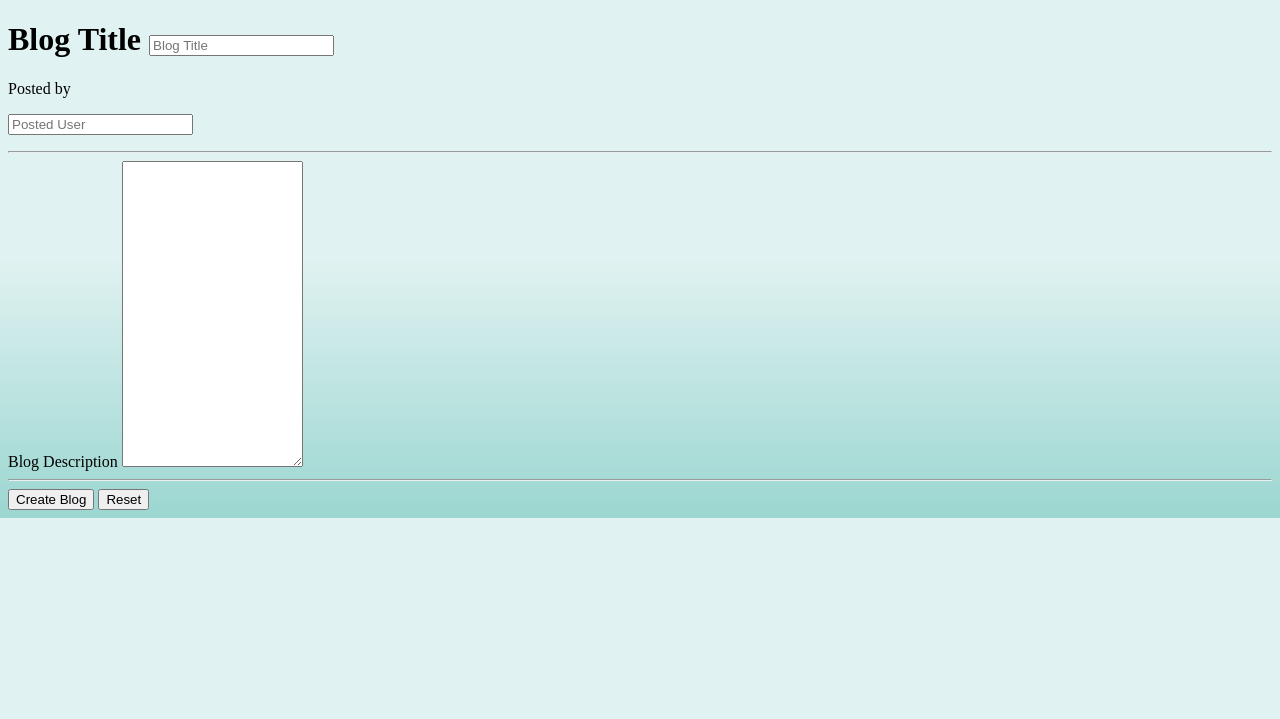
Repository: Indurupi/FriendZone
Page: FriendZoneFrontEnd/WebContent/createblog.html
These files come from the project's save history. The page is drawn as it stood at one moment and after the next save; the edit follows.
The browser window is 1280 px wide. The pictures show the whole page.

Above is the page before, as saved 2017-03-18 15:39:05.

### FriendZoneFrontEnd/WebContent/createblog.html
<!DOCTYPE html>
<html lang="en">
<meta charset="ISO-8859-1">
<head>

<meta charset="utf-8">
<meta http-equiv="X-UA-Compatible" content="IE=edge">
<meta name="viewport" content="width=device-width, initial-scale=1">
<meta name="description" content="">
<meta name="author" content="">
<title>FriendZone</title>

<!-- HTML5 Shim and Respond.js IE8 support of HTML5 elements and media queries -->
<!-- WARNING: Respond.js doesn't work if you view the page via file:// -->
<!--[if lt IE 9]>
        <script src="https://oss.maxcdn.com/libs/html5shiv/3.7.0/html5shiv.js"></script>
        <script src="https://oss.maxcdn.com/libs/respond.js/1.4.2/respond.min.js"></script>
        <![endif]-->
<style type="text/css">
body
{
background: linear-gradient(to bottom, #e0f2f1 50%, #80cbc4 120%);
}
</style>

</head>

<body ng-app="friendzoneApp">
	<div ng-controller="blogcontrol as bc">
		<div class="container">
			<div class="row">
				<div class="col-lg-8">
					<form ng-submit="bc.submitblog()" method="post">

						<!-- Blog Post -->

						<!-- Title -->
						<h1>
							<div class="form-group">
								<label>Blog Title</label> <input type="text"
									class="form-control" placeholder="Blog Title"
									ng-model="bc.blog.blogTitle">
							</div>
						</h1>

						<!-- Author -->
						<p class="lead">Posted by
						<div class="form-group">
							<input type="text" class="form-control" placeholder="Posted User"
								ng-model="bc.blog.postedUser">
						</div>
						</p>

						<hr>
						<div class="form-group">
							<label>Blog Description</label>
							<textarea class="form-control" rows="20"
								ng-model="bc.blog.blogDescription"></textarea>
						</div>
						<hr>
						<button class="btn" id="custom-button" type="submit">Create
							Blog</button>
						<button class="btn" id="custom-button" ng-click="bc.reset()"
							type="reset">Reset</button>
					</form>
				</div>
			</div>
		</div>
		<!-- <div ng-repeat="blogobj in bc.blogs">
			userid:{{blogobj.userId}}<br> posteddate:{{blogobj.postedDate}}<br>
			blogid:{{blogobj.blogid}}<br> posteduser:{{blogobj.postedUser}}<br>
			blogtitle:{{blogobj.blogTitle}}<br>
			blogdescription:{{blogobj.blogDescription}}<br><br>
			<br>
		</div> -->
	</div>
</body>
</html>

After the next save:
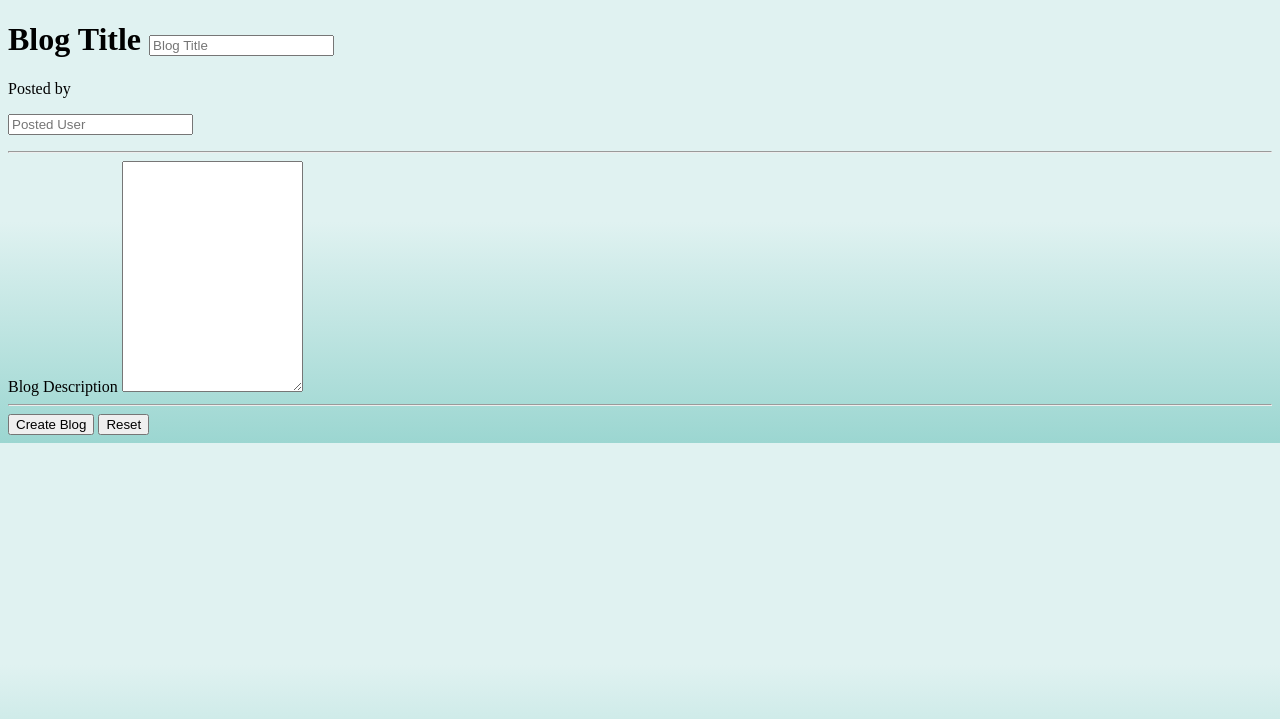
Saved 27 s later.
--- a/FriendZoneFrontEnd/WebContent/createblog.html
+++ b/FriendZoneFrontEnd/WebContent/createblog.html
@@ -54,7 +54,7 @@ background: linear-gradient(to bottom, #e0f2f1 50%, #80cbc4 120%);
 						<hr>
 						<div class="form-group">
 							<label>Blog Description</label>
-							<textarea class="form-control" rows="20"
+							<textarea class="form-control" rows="15"
 								ng-model="bc.blog.blogDescription"></textarea>
 						</div>
 						<hr>
